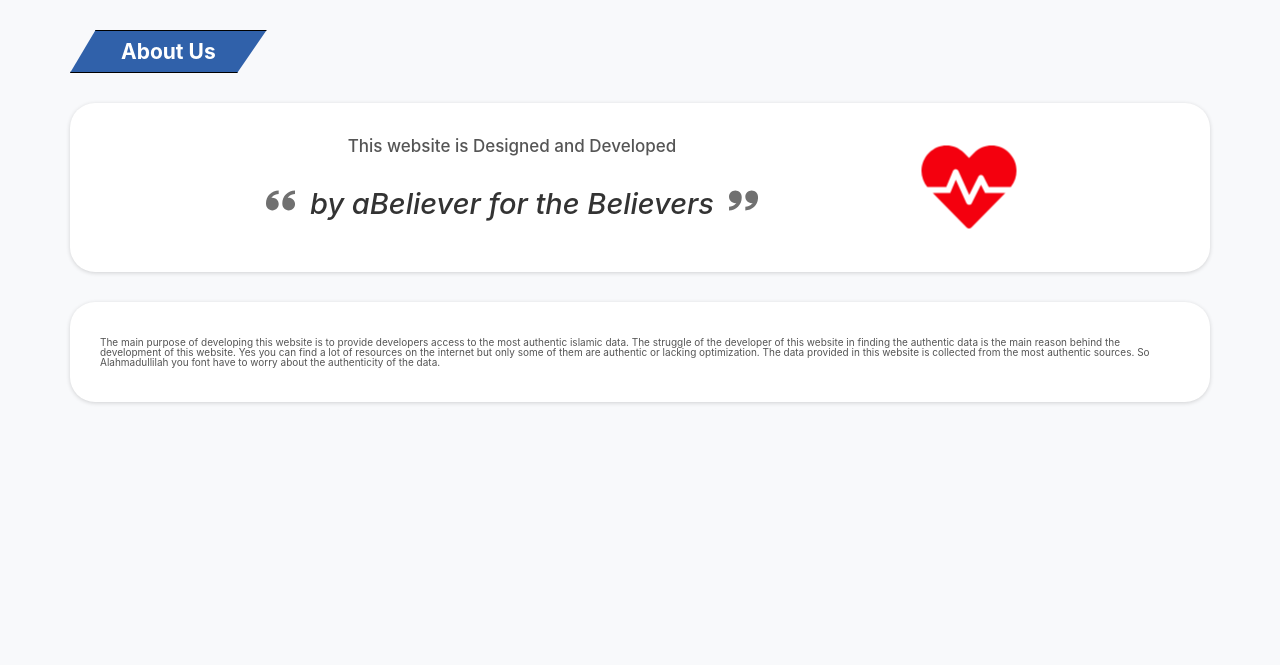
Repository: SpicierEwe/islamic-dev-repo
Page: /legal/about_us
The author's editor kept a copy of each file at every save. The page is drawn from the files as they stood at one save, then again after the next save.
The browser window is 1280 px wide. The pictures show the whole page.
The project was rebuilt for these pictures with package versions that can differ from the ones it lists, and the page was loaded fresh each time. The framework's server and built-in components were replaced by stand-ins that run in the browser. Also part of the build but not shown: next.config.js.

Above is the page before, as saved 2022-09-16 17:31:42.

After the next save:
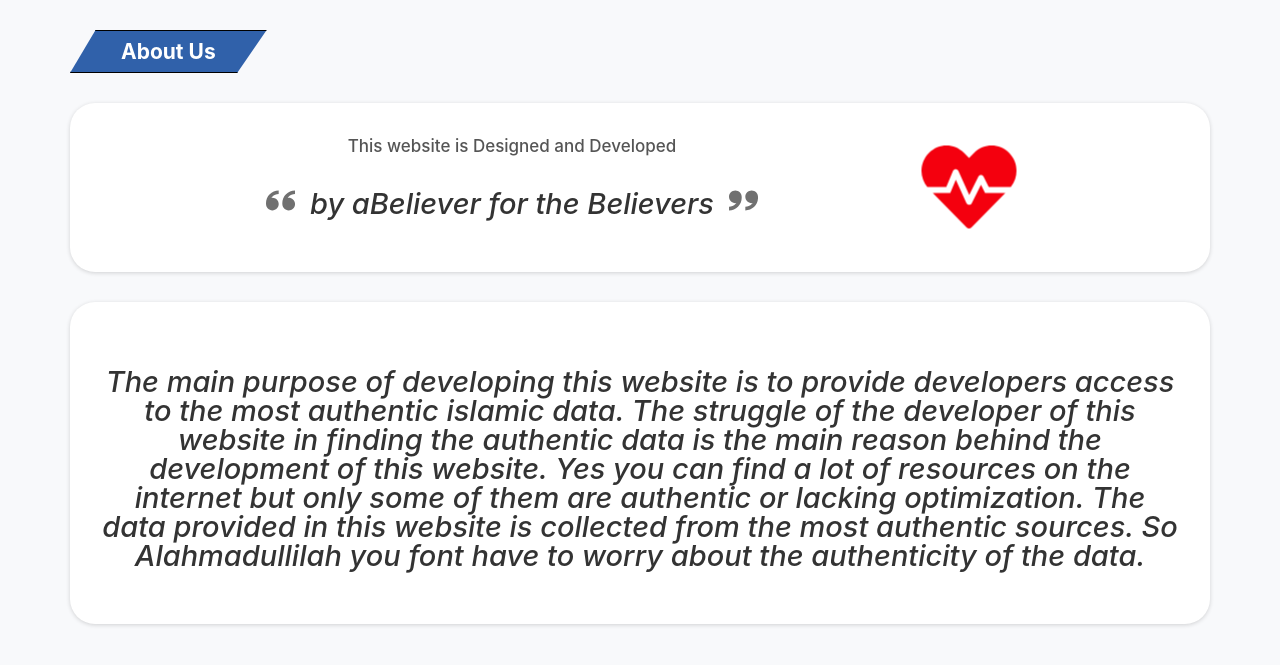
Saved 14 s later.
--- a/components/legal/about_us/about_us.module.css
+++ b/components/legal/about_us/about_us.module.css
@@ -72,6 +72,16 @@
   }
 }
 
+.summary {
+  margin-top: 3rem;
+  color: #333;
+  font-weight: 500;
+  font-size: 2.9rem;
+  font-style: italic;
+  padding-bottom: 1.9rem;
+  text-align: center;
+}
+
 /* media query */
 @media (max-width: 768px) {
   .container_development {
